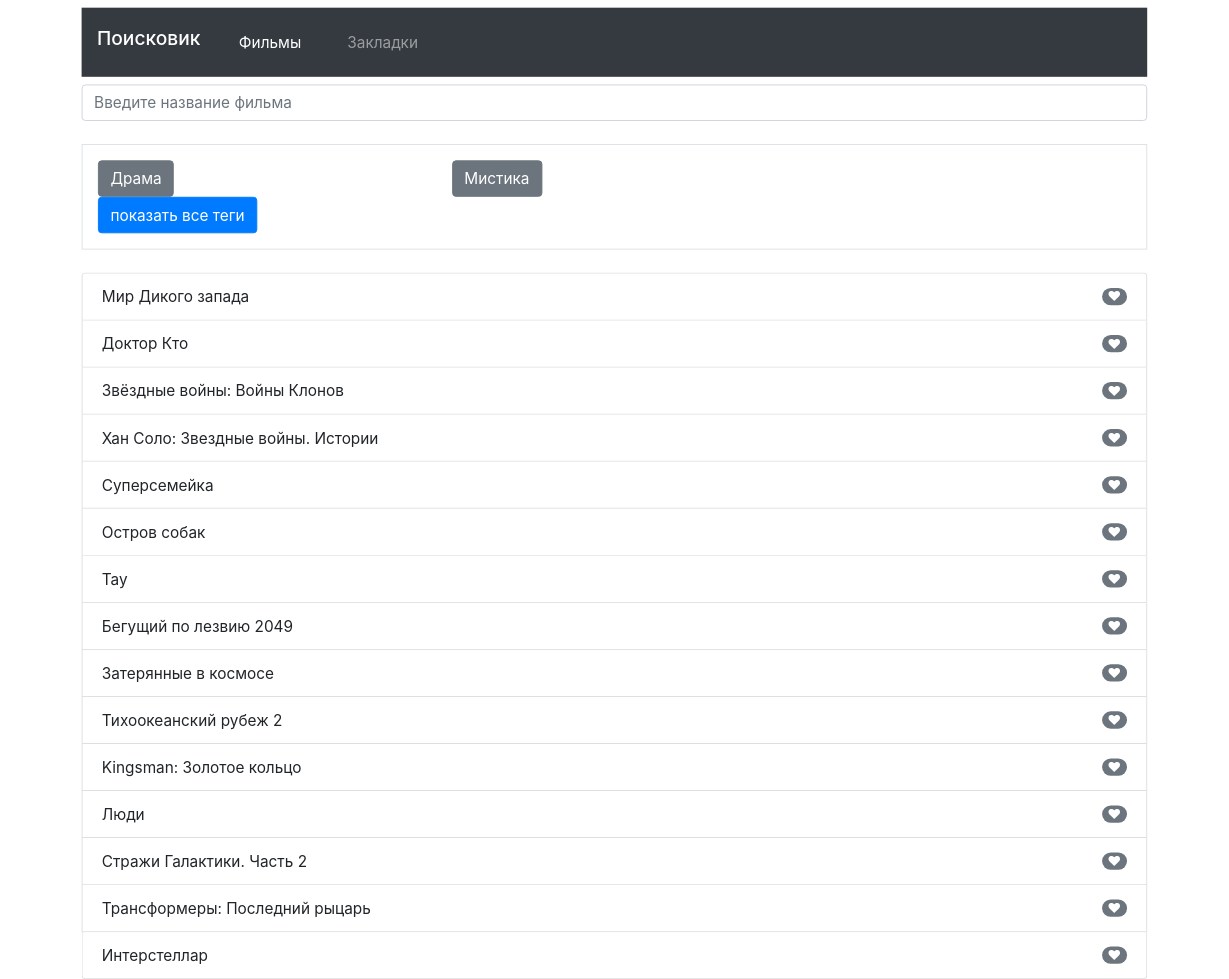
Repository: naranovnarn/search_films_reactJS
Page: /
An editor plug-in stored every save of this project. The page is shown before and after the next save, followed by the edit.
The browser window is 1280 px wide. The pictures show the whole page, at 96% of full size.
The project was rebuilt for these pictures with package versions that can differ from the ones it lists, and the page was loaded fresh each time. Also part of the build but not shown: src/components/films-list/films-item.css, src/components/tages/all-tages.js, src/pages/favorites.js.

Above is the page before, as saved 2020-03-27 23:06:29.

### public/index.html
<!DOCTYPE html>
<html lang="en">
  <head>
    <meta charset="utf-8" />
    <meta name="viewport" content="width=device-width, initial-scale=1" />
    <link href="https://stackpath.bootstrapcdn.com/font-awesome/4.7.0/css/font-awesome.min.css" rel="stylesheet" integrity="sha384-wvfXpqpZZVQGK6TAh5PVlGOfQNHSoD2xbE+QkPxCAFlNEevoEH3Sl0sibVcOQVnN" crossorigin="anonymous">


    <title>Web-service</title>
    <link rel="stylesheet" href="https://stackpath.bootstrapcdn.com/bootstrap/4.4.1/css/bootstrap.min.css" integrity="sha384-Vkoo8x4CGsO3+Hhxv8T/Q5PaXtkKtu6ug5TOeNV6gBiFeWPGFN9MuhOf23Q9Ifjh" crossorigin="anonymous">
  </head>
  <body>

    <div id="root"></div>

  </body>
</html>

### src/index.js
import React from 'react';
import ReactDOM from 'react-dom';

import App from './components/app/App'


import * as serviceWorker from './serviceWorker';



ReactDOM.render(<App />, document.getElementById('root'));

serviceWorker.unregister();

### src/components/app/App.js
import React from 'react';

import { BrowserRouter, Switch, Route} from 'react-router-dom';
import { FilmState } from '../../context/FilmsState';
import { Navbar } from '../navbar/navbar';
import { Main } from '../../pages/main';
import { Favorites } from '../../pages/favorites';


const App = () => {

  return (
    <FilmState>
      <BrowserRouter>
        <Navbar />
        <Switch>
          <Route exact path='/' component={Main} />
          <Route path='/favorites' component={Favorites} />
        </Switch>
      </BrowserRouter>
    </FilmState>
  );
};

export default App;

### src/context/FilmsState.js
import React, { useReducer, useEffect } from 'react';
import { filmsContext } from './filmsContext';
import { GET_FILMS, SEARCH_FILM, GET_TAGS, GET_LIST_TAGS, RE_RENDER} from './filmsTypes';
import { filmsReducer } from './filmsReducer';


export const FilmState = ({children}) => {

  const initialState = {
    films: [],
    tages: [],
    toogleOpen: false
  };

  const [state, dispatch] = useReducer(filmsReducer, initialState);

  useEffect(() => {

    const URL = './jsons/films.json';
    const URLTAGS = './jsons/tags.json';

    fetch(URL)
      .then(data => data.json())
      .then(response => dispatch({
        type: GET_FILMS,
        payload: response
      }));

    fetch(URLTAGS)
      .then(data => data.json())
      .then(response => dispatch({
        type: GET_TAGS,
        payload: response
      }));
  }, [])

  const getFilm = (term) => {
    const URL = './jsons/films.json';
    fetch(URL)
      .then(data => data.json())
      .then(response => dispatch({
        type: SEARCH_FILM,
        payload: searchFilm(response, term)
      }));
  }

  const getFilmByTage = (tag) => {
    const URL = './jsons/films.json';
    fetch(URL)
      .then(data => data.json())
      .then(response => dispatch({
        type: SEARCH_FILM,
        payload: searchFilmByTage(response, tag)
      }));
  }

  const getAllTages = () => {
    dispatch({
      type: GET_LIST_TAGS,
      payload: !state.toogleOpen
    })
  }


  const searchFilm = (films, term) => {
    if (term.length === 0) {
      return films;
    }
    return films.filter( (film) => film.title.toLowerCase().indexOf(term.toLowerCase()) > -1);
  }

  const searchFilmByTage = (films, tag ) => {
    return films.filter( (film) => film.tags.includes(tag))
  }

  const  reRender = () => {
    dispatch({
      type: RE_RENDER
    })
  }

  return (
    <filmsContext.Provider value={{
      state, getFilm, getFilmByTage, getAllTages, reRender
      }}>
      <div className='container pt-2'>
        {children}
      </div>
    </filmsContext.Provider>
  )


}

### src/components/navbar/navbar.js
import React from 'react';
import { NavLink } from 'react-router-dom'



export const Navbar = () => {

  return (
    <header>
      <nav className='navbar navbar-expand navbar-dark bg-dark'>
        <div className="navbar-brand h1" href="/">Поисковик</div>
        <ul className="navbar-nav ">
          <li className="navbar item">
            <NavLink exact to="/" className="nav-link">Фильмы</NavLink>
          </li>
          <li className="navbar item">
            <NavLink to="/favorites" className="nav-link">Закладки</NavLink>
          </li>
        </ul>
      </nav>
    </header>
  );
};

### src/pages/main.js
import React from 'react';
import { SearchPanel } from '../components/search-panel/search-panel';
import { FilmsList } from '../components/films-list/films-list';
import { Tages } from '../components/tages/tages';


export const Main = () => {
  return (
    <div>
      <SearchPanel />
      <Tages />
      <FilmsList />
    </div>
  )
}

### src/context/filmsContext.js
import { createContext } from 'react';

export const filmsContext = createContext();

### src/context/filmsTypes.js
export const GET_FILMS = 'GET_FILMS';
export const SEARCH_FILM = 'SEARCH_FILM';
export const GET_TAGS = 'GET_TAGS';
export const GET_FILMS_TAG = 'GET_FILMS_TAG';
export const GET_LIST_TAGS = 'GET_LIST_TAGS';
export const RE_RENDER = 'RE_RENDER';

### src/context/filmsReducer.js
import { GET_FILMS, SEARCH_FILM, GET_TAGS, GET_FILMS_TAG, GET_LIST_TAGS, RE_RENDER } from './filmsTypes'

const handlers = {
  DEFAULT: state => state,
  [GET_FILMS] : (state, action) => ({...state, films: action.payload}),
  [SEARCH_FILM] : (state, action) => ({...state, films: action.payload}),
  [GET_TAGS]: (state, action) => ({...state, tages: action.payload}),
  [GET_FILMS_TAG]: (state, action) => ({...state, tages: action.payload}),
  [GET_LIST_TAGS]: (state, action) => ({...state, toogleOpen: action.payload}),
  [RE_RENDER]: (state) => ({...state})
}

export const filmsReducer = (state, action) => {
  const handler = handlers[action.type] || handlers.DEFAULT
  return handler(state, action)
}

### src/components/search-panel/search-panel.js
import React, { useContext } from 'react';

import { filmsContext } from '../../context/filmsContext';

export const SearchPanel = () => {

  const {getFilm} = useContext(filmsContext);

  const onSearchChange = (e) => {
    const term = e.target.value;
    getFilm (term);
  }

  return (
    <form >
      <div className='form-group mt-2'>
        <input type='text'
          className='form-control search-input'
          placeholder='Введите название фильма'
          onChange={onSearchChange}
        />
      </div>
    </form>
  );
};

### src/components/films-list/films-list.js
import React, { useContext} from 'react';

import { filmsContext } from '../../context/filmsContext';
import { FilmItem } from './film-Item';


export const FilmsList = () => {

  const {state, reRender} = useContext(filmsContext);
  const {films} = state;

  const saveTolocal = (title) => {

    let fromLocal = JSON.parse(localStorage.getItem('films')) || [];

    if (fromLocal.includes(title)) {

      const newFromLocal = fromLocal.filter(film => film !== title);

      localStorage.setItem('films', JSON.stringify(newFromLocal));

      reRender();
    } else {

      fromLocal.push(title);

      localStorage.setItem('films', JSON.stringify(fromLocal));

      reRender();
    }
  };



  if (films.length > 0) {
    return (
      <ul className="list-group">
        {films.slice(0,15).map((film, index) => (
          <li className="list-group-item d-flex justify-content-between align-items-center" key={index + Math.random()}
            >
            {film.title}
            <FilmItem title={film.title} saveTolocal={() => saveTolocal(film.title)} />
          </li>
        ))}
      </ul>
    );
  } else {
    return null;
  }
}

### src/components/tages/tages.js
import React, { useContext } from 'react'
import { TageList } from './tage-list'
import { AllTages } from './all-tages'
import { filmsContext } from '../../context/filmsContext';

export const Tages = () => {

  const {state} = useContext(filmsContext);

  const {toogleOpen} = state;

  return (
    <div className="container mt-4 mb-4 p-3 border border-gray">
      {!toogleOpen? <TageList /> : null}
      {toogleOpen? <AllTages /> : null }
    </div>
  );
};

### src/components/films-list/film-Item.js
import React from 'react';

import './films-item.css'


export const FilmItem = ({title, saveTolocal}) => {

  const selectedFilmsFormLocal = JSON.parse(localStorage.getItem('films')) || [];
  const classIcon = selectedFilmsFormLocal.includes(title) ? 'fa fa-heart clicked' : 'fa fa-heart'

  return (
    <React.Fragment>
      <span
        onClick={() => saveTolocal(title)}
        className="badge badge-secondary badge-pill"
      >
        <i className={classIcon}></i>
      </span>
    </React.Fragment>
  )
}

### src/components/tages/tage-list.js
import React, { useContext } from 'react';
import { filmsContext } from '../../context/filmsContext';

export const TageList = () => {

  const {state, getFilmByTage, getAllTages} = useContext(filmsContext);
  const {tages} = state;

    return (
        <div className="row">
          <div className="col-4" >
            <button className="btn btn-secondary" onClick={() => getFilmByTage(tages[0])}>{tages[0]}</button>
          </div>
          <div className="col-4" >
            <button className="btn btn-secondary" onClick={() => getFilmByTage(tages[1])}>{tages[1]}</button>
          </div>
          <div className="col-6">
            <button className="btn btn-primary" onClick={() => getAllTages()}>показать все теги</button>
          </div>
        </div>
    );
  }

### public/jsons/tags.json
[
	"Драма",
	"Мистика",
	"Sci-Fi",
	"Роботы",
	"Преключение",
	"Семейный",
	"Анимация",
	"Экшн",
	"Фэнтези",
	"Комедия",
	"Триллер",
	"Хоррор",
	"Магия",
	"Криминал",
	"Мюзикл",
	"Музыка",
	"Романтика",
	"История",
	"Гонки",
	"Биография",
	"Спорт",
	"Война",
	"Документальный",
	"Динозавры"
]

Loaded but not shown: src/serviceWorker.js (common file); public/jsons/films.json (1702 lines, source omitted)

After the next save:
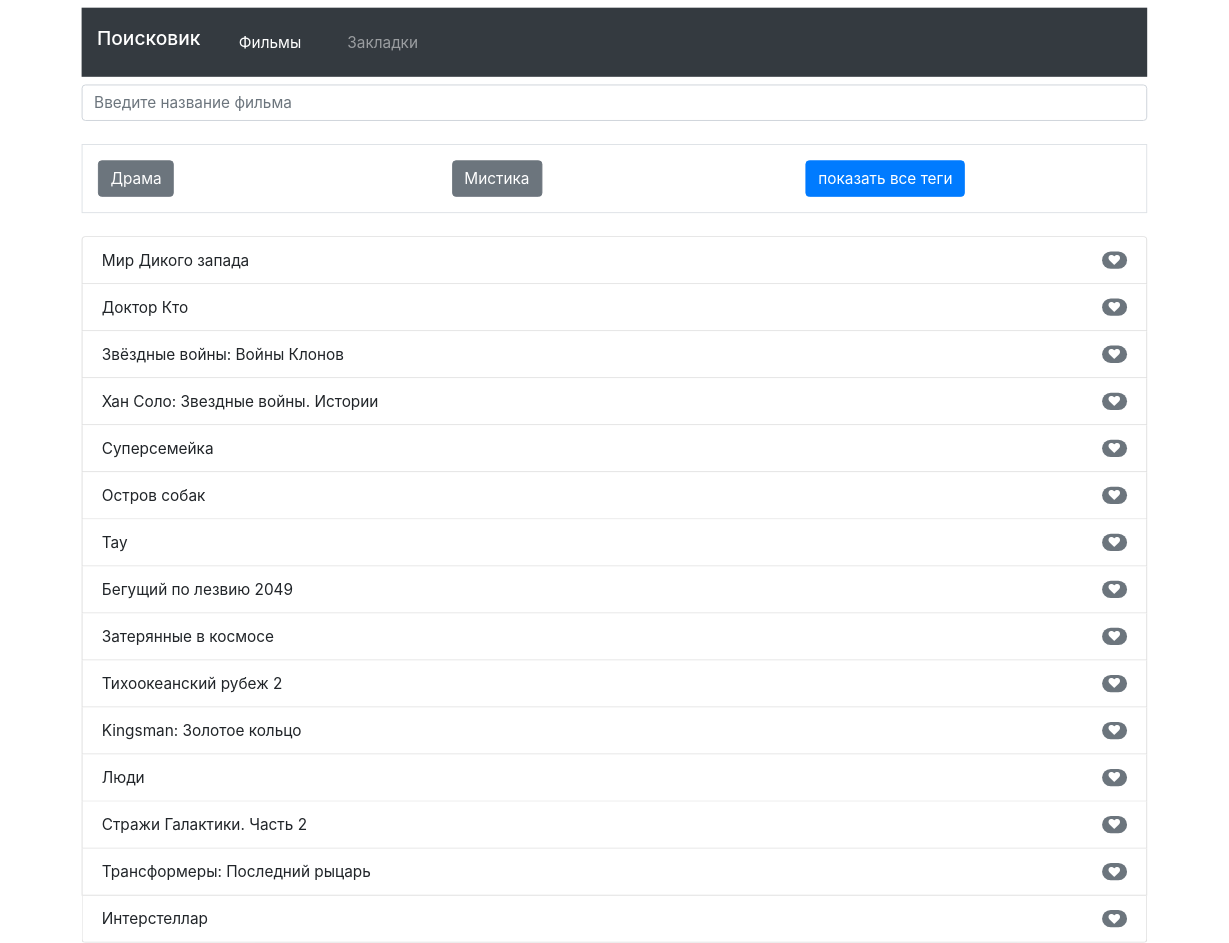
Saved 11 s later.
--- a/src/components/tages/tage-list.js
+++ b/src/components/tages/tage-list.js
@@ -14,7 +14,7 @@ export const TageList = () => {
           <div className="col-4" >
             <button className="btn btn-secondary" onClick={() => getFilmByTage(tages[1])}>{tages[1]}</button>
           </div>
-          <div className="col-6">
+          <div className="col-auto">
             <button className="btn btn-primary" onClick={() => getAllTages()}>показать все теги</button>
           </div>
         </div>
